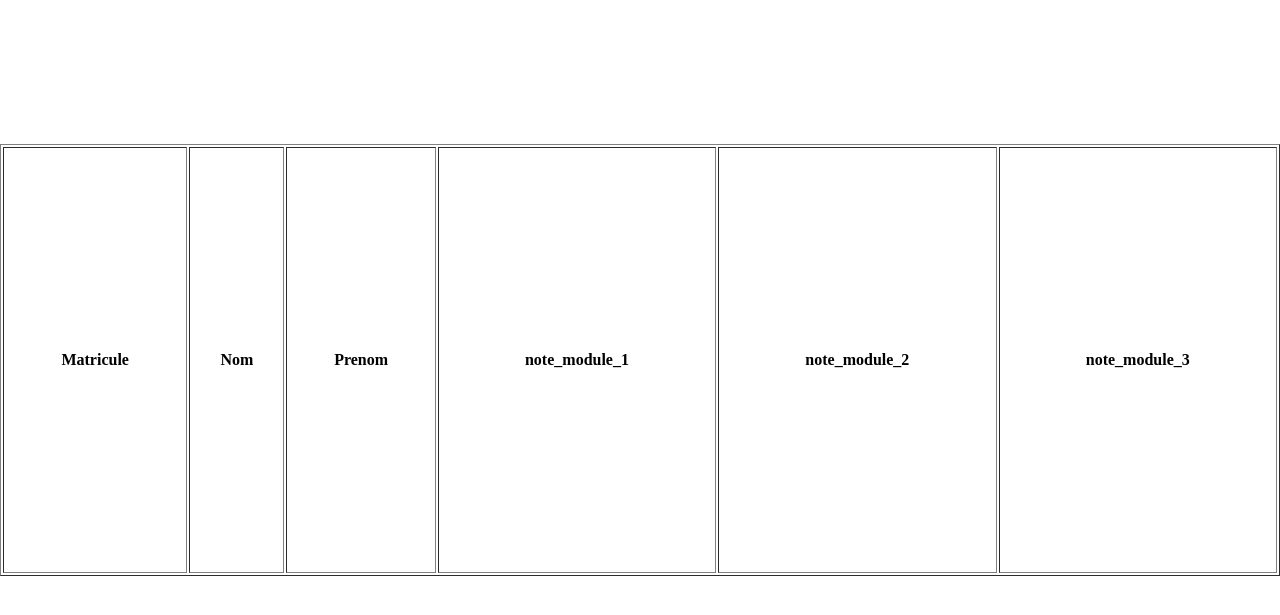
Repository: tt5300447/parakeet
Page: http://localhost/
An editor plug-in stored every save of this project. The page is shown before and after the next save, followed by the edit.
The browser window is 1280 px wide. The pictures show the whole page.
The page is run by PHP 8.4 with error messages shown; the project is at /var/www/html/. Queries for data that is not in the repository find no rows.

Above is the page before, as saved 2022-06-19 15:49:39.

After the next save:
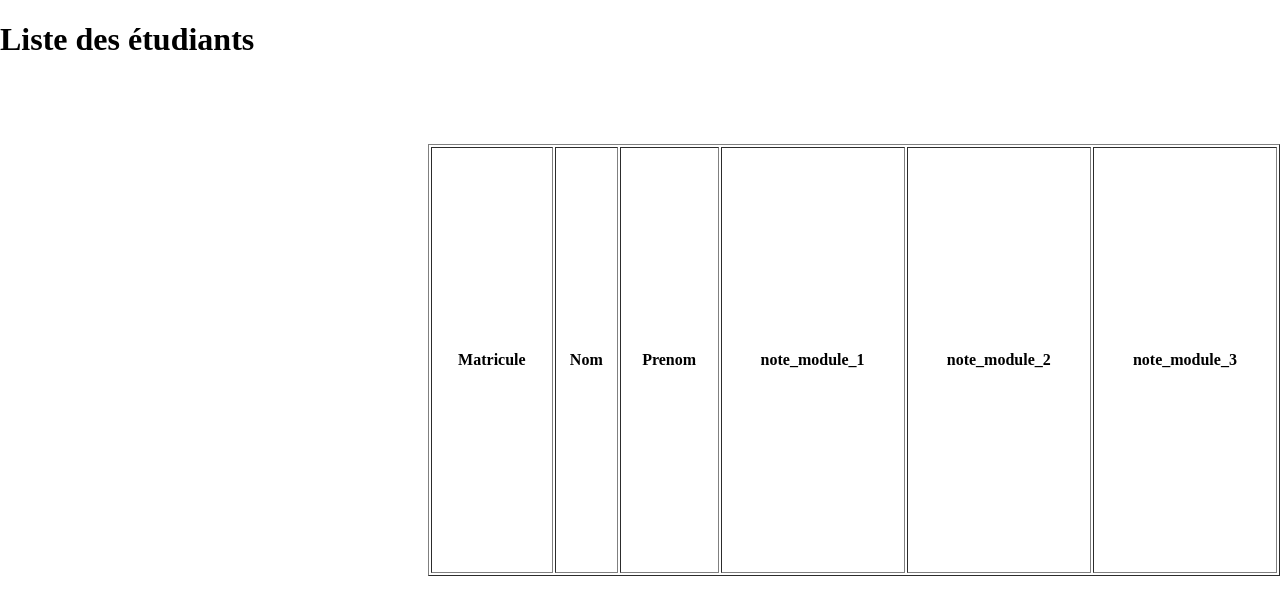
Saved 33 s later.
--- a/Copier/htdocs/Liste/index.php
+++ b/Copier/htdocs/Liste/index.php
@@ -8,6 +8,7 @@
     <link rel="stylesheet" href="style.css">
 </head>
 <body>
+    <h1>Liste des étudiants</h1>
     <div class="center">
     <?php
 $servername = "localhost";
